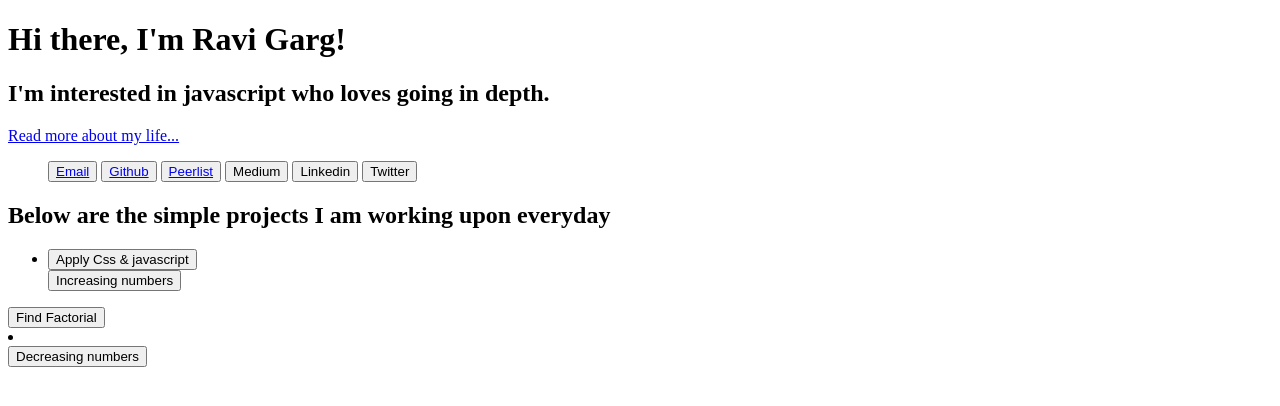
Repository: ravigarg001/musafir
Page: index.html
An editor plug-in stored every save of this project. The page is shown before and after a run of saves, followed by the edit.
The browser window is 1280 px wide. The pictures show the whole page.

Above is the page before, as saved 2022-05-02 09:21:32.

### index.html
<!DOCTYPE html>
<html>
<head>
<title>Ravi Garg</title>
<!-- <link href="index.css" rel="stylesheet" type="text/css"></link> -->
<script src="index.js"></script>
</head>

<body>
<div class="about" >
    <h1>Hi there, I'm Ravi Garg!</h1>
    <h2>I'm interested in javascript who loves going in depth.</h2>
    <p> <a id="more" href="/about">Read more about my life...</a></p>
</div>

<footer>
<ul>
  <button><a href="mailto:ravigarg.connect@gmail.com">Email</a></button>
  <button><a href="https://github.com/ravigarg001" target="_blank">Github</a></button>
  <button><a href="https://peerlist.io/ravigarg" target="_blank">Peerlist</a></button>
  <button><a>Medium</a></button>
  <button><a>Linkedin</a></button>
  <button><a>Twitter</a></button><br>
</ul>
</footer>
<h2>Below are the simple projects I am working upon everyday</h2>
<ul>
  <li><button class="cssAdder" onclick="addCssAndJs()">Apply Css & javascript</button></li>
  <button onclick="inputNumber1()">Increasing numbers </button></ul></li>
  <button onclick="inputNumber()">Find Factorial</button><li></li>
  <button onclick="inputNumber2()">Decreasing numbers</button>
</ul>
</footer>

</body>
<!-- <script src="Recursion/recursiveFactorial.js"></script> -->
<!-- <script src="Recursion/increasing_order.js"></script> -->

</html>

### index.js
function addCssAndJs(){
    let link = document.createElement('link');
    link.rel = 'stylesheet';
    link.type = 'text/css';
    link.href = 'index.css';
    document.head.appendChild(link);

    function addNewJsFile(fileLocation){
        let script = document.createElement('script');
        document.head.appendChild(script);
        script.src = fileLocation;
    }

    addNewJsFile('Recursion/decreasing_order.js');
    addNewJsFile('Recursion/increasing_order.js');
    addNewJsFile('Recursion/recursiveFactorial.js');

}
/*1. call addNewJsFile(put location of the js file here) */

After the next 2 saves:
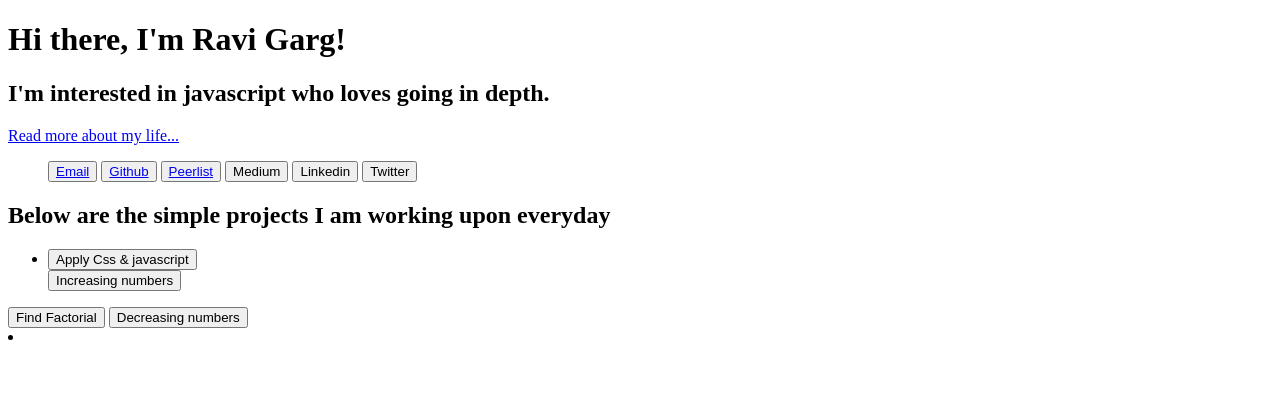
The 2 saves are shown as one change because they came seconds apart.
The last was saved 9 s later.
--- a/index.html
+++ b/index.html
@@ -27,8 +27,8 @@
 <ul>
   <li><button class="cssAdder" onclick="addCssAndJs()">Apply Css & javascript</button></li>
   <button onclick="inputNumber1()">Increasing numbers </button></ul></li>
-  <button onclick="inputNumber()">Find Factorial</button><li></li>
-  <button onclick="inputNumber2()">Decreasing numbers</button>
+  <button onclick="inputNumber()">Find Factorial</button></li>
+  <button onclick="inputNumber2()">Decreasing numbers</button><li></li>
 </ul>
 </footer>
 
